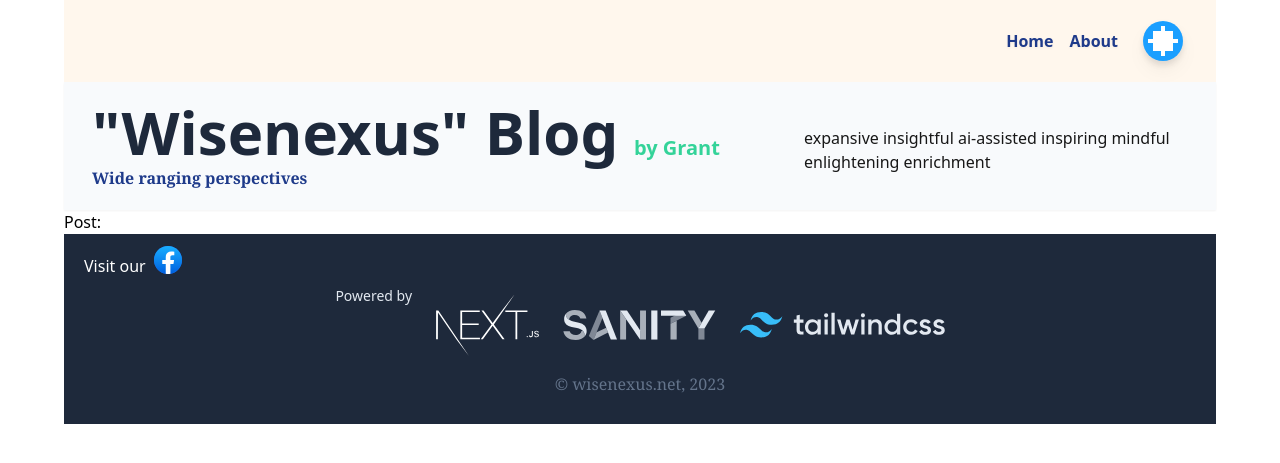
Repository: gpgundersen/sanity3-nextjs13-blog
Page: /post
The author's editor kept a copy of each file at every save. The page is drawn from the files as they stood at one save, then again after the next save.
The browser window is 1280 px wide. The pictures show the whole page.
The project was rebuilt for these pictures with package versions that can differ from the ones it lists, and the page was loaded fresh each time. The framework's server and built-in components were replaced by stand-ins that run in the browser. Also part of the build but not shown: next.config.js.

Above is the page before, as saved 2023-02-05 17:03:56.

### app/(user)/layout.tsx
import Header from "../../components/Header"
import Banner from "../../components/Banner"
import Footer from "../../components/Footer"
import "../../styles/globals.css";

export default function RootLayout({
  children,
}: {
  children: React.ReactNode
}): JSX.Element {
  return (
    <html>
      <head />
      <body className="max-w-6xl mx-auto">
        <Header />
        <Banner />
        {children}
        <Footer />
        </body>
    </html>
  )
}

### app/(user)/post/page.tsx
import { client } from "../../../lib/sanity.client"

type Props = {
    params: {
        slug: string;
    };
};

function Post({params:
    { slug } }: Props) {
        return <div>Post: {slug}</div>;
    }


export default Post;

### components/Header.tsx
import NexusLogo from "./NexusLogo"
import Link from "next/link"

function Header() {
    return (
        <header className="flex items-center justify-end space-x-1 font-bold px-7 py-4 bg-orange-50">
            <div className="flex items-center justify-end space-x-4 mx-4 text-blue-900 drop-shadow-sm">
            <div className="hover:text-blue-500"><Link href="/">Home</Link></div>
            <div className="hover:text-blue-500"><Link href="/about/wise-phil">About</Link></div>
            </div>
            <div className="drop-shadow-lg">
               <NexusLogo />
            </div>
        </header>
    )
}

export default Header

### components/Banner.tsx
function Banner() {
    return <div className="flex items-center justify-between space-x-1 font-bold px-7 py-5 bg-slate-50 shadow-sm">
        <div >
            <h1 className="text-6xl text-slate-800">"Wisenexus" Blog <span className=" text-xl text-emerald-400">by Grant</span></h1>
            <h2 className="mt-4 md:mt-1 text-blue-900 font-serif">Wide ranging perspectives</h2>
        </div>
        <p className="mt-5 md:mt-2 max-w-sm text-neutral-900 font-thin">expansive insightful ai-assisted inspiring mindful enlightening enrichment</p>
        </div>

}

export default Banner

### components/Footer.tsx
import FbIcon from "./FbIcon"
import NextJsIcon from "./NextJsIcon"
import SanityIcon from "./SanityIcon"
import TailwindIcon from "./TailwindIcon"

function Footer() {
    return <div className="bg-slate-800 text-slate-200">
      <div className="container p-3">
        <div className="flex justify-start">
            <p className="text-white m-2 font-light">Visit our</p><FbIcon />
        </div>
        <div className="flex flex-wrap justify-center space-x-6 space-y-2">
          <p className="text-sm">Powered by</p><NextJsIcon /><SanityIcon /><TailwindIcon /></div>
       <h6 className="font-serif text-slate-500 text-center m-4">© wisenexus.net, 2023</h6>
      </div>
    </div>
}

export default Footer

### components/NexusLogo.tsx
function NexusLogo(props: any) {
    const {renderDefault, title} = props;
    return <div className="flex items-center space-x-2">
        <svg width="50" height="50" viewBox="0 0 50 50">
            <circle cx="25" cy="25" r="20" fill="#1B9FFF"/>
            <rect x="15" y="15" width="20" height="20" fill="white"/>
            <path d="M 25 10 L 25 40" stroke="white" strokeWidth="4"/>
            <path d="M 10 25 L 40 25" stroke="white" strokeWidth="4"/>
        </svg>
        {renderDefault && <>{renderDefault(props)}</>}
    </div>;
}

export default NexusLogo

### components/FbIcon.tsx
function FbIcon() {
    return <button className="bg-blue-600 rounded-full w-7 h-full">
      <a target="_blank" href="https://www.facebook.com/wise.nexus" rel="noopener noreferrer">
        <svg className="fill-white" xmlns="http://www.w3.org/2000/svg" viewBox="0 0 40 40">
          <linearGradient xmlns="http://www.w3.org/2000/svg" id="a" x1="-277.375" x2="-277.375" y1="406.6018" y2="407.5726" gradientTransform="matrix(40 0 0 -39.7778 11115.001 16212.334)" gradientUnits="userSpaceOnUse">
            <stop offset="0" stopColor="#0062e0"/>
            <stop offset="1" stopColor="#19afff"/>
          </linearGradient>
            <path xmlns="http://www.w3.org/2000/svg" fill="url(#a)" d="M16.7 39.8C7.2 38.1 0 29.9 0 20 0 9 9 0 20 0s20 9 20 20c0 9.9-7.2 18.1-16.7 19.8l-1.1-.9h-4.4l-1.1.9z"/>
            <path xmlns="http://www.w3.org/2000/svg" fill="#fff" d="m27.8 25.6.9-5.6h-5.3v-3.9c0-1.6.6-2.8 3-2.8H29V8.2c-1.4-.2-3-.4-4.4-.4-4.6 0-7.8 2.8-7.8 7.8V20h-5v5.6h5v14.1c1.1.2 2.2.3 3.3.3 1.1 0 2.2-.1 3.3-.3V25.6h4.4z"/>
        </svg>
      </a>
    </button>
}

export default FbIcon

### components/NextJsIcon.tsx
function NextJsIcon() {
    return <button className="">
        <a target="_blank" href="https://nextjs.org/" rel="noopener noreferrer">
            <svg xmlns="http://www.w3.org/2000/svg" width="103px" height="62px" viewBox="0 0 207 124" fill="white">
            <path d="M48.9421964,32.6320058 L87.9011585,32.6320058 L87.9011585,35.7136421 L52.5134345,35.7136421 L52.5134345,58.9070103 L85.7908813,58.9070103 L85.7908813,61.9886466 L52.5134345,61.9886466 L52.5134345,87.4526941 L88.306981,87.4526941 L88.306981,90.5343303 L48.9421964,90.5343303 L48.9421964,32.6320058 Z M91.3912326,32.6320058 L95.5306221,32.6320058 L113.8738,58.0960534 L132.622801,32.6320058 L158.124498,0.286809811 L116.22757,60.7722112 L137.817329,90.5343303 L133.51561,90.5343303 L113.8738,63.4483691 L94.1508254,90.5343303 L89.9302715,90.5343303 L111.682358,60.7722112 L91.3912326,32.6320058 Z M139.359455,35.713642 L139.359455,32.6320058 L183.756439,32.6320058 L183.756439,35.7136421 L163.302983,35.7136421 L163.302983,90.5343303 L159.731745,90.5343303 L159.731745,35.7136421 L139.359455,35.713642 Z"/>
            <polygon points="0.202923647 32.6320058 4.66697141 32.6320058 66.2235778 124.303087 40.785176 90.5343303 3.93649086 37.0111732 3.77416185 90.5343303 0.202923647 90.5343303"/>
            <path d="M183.396622,86.5227221 C184.134938,86.5227221 184.673474,85.9601075 184.673474,85.233037 C184.673474,84.5059658 184.134938,83.9433513 183.396622,83.9433513 C182.666993,83.9433513 182.11977,84.5059658 182.11977,85.233037 C182.11977,85.9601075 182.666993,86.5227221 183.396622,86.5227221 Z M186.905793,83.1297235 C186.905793,85.2763149 188.460599,86.678523 190.727662,86.678523 C193.142388,86.678523 194.601647,85.233037 194.601647,82.7229099 L194.601647,73.8855335 L192.655968,73.8855335 L192.655968,82.7142542 C192.655968,84.1078073 191.952397,84.8521899 190.710289,84.8521899 C189.598473,84.8521899 188.842785,84.1597409 188.816727,83.1297235 L186.905793,83.1297235 Z M197.146664,83.0172011 C197.285642,85.2503478 199.153145,86.678523 201.932686,86.678523 C204.903321,86.678523 206.762139,85.1811034 206.762139,82.792155 C206.762139,80.9138876 205.702439,79.8752151 203.131364,79.2779777 L201.750279,78.9404092 C200.117298,78.5595622 199.457158,78.0488813 199.457158,77.1573541 C199.457158,76.0321243 200.482113,75.296398 202.019547,75.296398 C203.478806,75.296398 204.48639,76.0148135 204.668797,77.1660091 L206.562359,77.1660091 C206.44944,75.0626962 204.590622,73.5825873 202.045605,73.5825873 C199.309495,73.5825873 197.48542,75.0626962 197.48542,77.2871878 C197.48542,79.1221767 198.519063,80.2127835 200.786126,80.7407758 L202.401734,81.1302779 C204.060773,81.5197807 204.790402,82.091051 204.790402,83.0431676 C204.790402,84.1510859 203.643842,84.9560573 202.08035,84.9560573 C200.403939,84.9560573 199.240006,84.2030196 199.074971,83.0172011 L197.146664,83.0172011 Z"/>
            </svg>
        </a>
    </button>
}

export default NextJsIcon

### components/SanityIcon.tsx
function SanityIcon () {
    return <button className="">
        <a target="_blank" href="https://www.sanity.io/" rel="noopener noreferrer">
        <svg viewBox="0 0 105 22" fill="none" xmlns="http://www.w3.org/2000/svg" height="2em">
            <path opacity="0.7" d="M78.1793 7.99261V21.0028H73.9031V10.2138L78.1793 7.99261Z" fill="currentColor"></path>
            <path opacity="0.7" d="M20.9511 21.33L30.944 16.1051L29.7121 12.9141L23.1332 15.9821L20.9511 21.33Z" fill="currentColor"></path>
            <path opacity="0.5" d="M73.9031 10.2027L84.7443 4.65477L82.9126 1.5571L73.9031 5.95997V10.2027Z" fill="currentColor"></path>
            <path opacity="0.7" d="M43.3705 6.96233V21.0028H39.2927V1.00714L43.3705 6.96233Z" fill="currentColor"></path>
            <path opacity="0.5" d="M27.1299 6.18617L20.9511 21.33L17.7731 18.5943L25.1353 1.00714L27.1299 6.18617Z" fill="currentColor"></path>
            <path d="M25.1353 1.00714H29.3477L37.1386 21.0028H32.8269L25.1353 1.00714Z" fill="currentColor"></path>
            <path d="M44.0012 1.00714L52.9824 14.6682V21.0028L39.2927 1.00714H44.0012Z" fill="currentColor"></path>
            <path d="M64.9183 1.00714H60.6739V21.0063H64.9183V1.00714Z" fill="currentColor"></path>
            <path d="M73.9031 4.65474H67.37V1.00714H82.5867L84.7443 4.65474H78.1793H73.9031Z" fill="currentColor"></path>
            <path opacity="0.5" d="M97.2754 13.4153V21.0028H93.0629V13.4153" fill="currentColor"></path>
            <path d="M93.0629 13.4152L100.191 1.00714H104.666L97.2754 13.4152H93.0629Z" fill="currentColor"></path>
            <path opacity="0.7" d="M93.063 13.4152L85.7363 1.00714H90.3456L95.3092 9.51008L93.063 13.4152Z" fill="currentColor"></path>
            <path d="M1.96126 3.31479C1.96126 6.09921 3.71145 7.75595 7.21536 8.62956L10.9283 9.47533C14.2444 10.2236 16.2639 12.0822 16.2639 15.1103C16.2897 16.4295 15.8531 17.7173 15.0274 18.7579C15.0274 15.7368 13.4367 14.1044 9.59972 13.1229L5.95409 12.3085C3.03475 11.6541 0.781478 10.1262 0.781478 6.83709C0.766123 5.56693 1.18116 4.32781 1.96126 3.31479" fill="currentColor"></path>
            <path opacity="0.7" d="M52.9824 13.6415V1.00714H57.0602V21.0028H52.9824V13.6415Z" fill="currentColor"></path>
            <path opacity="0.7" d="M12.7458 14.3689C14.3294 15.3643 15.0238 16.7565 15.0238 18.7544C13.713 20.4041 11.4101 21.33 8.70333 21.33C4.14718 21.33 0.958577 19.1268 0.25 15.2982H4.62547C5.18878 17.0559 6.68034 17.8703 8.67144 17.8703C11.1019 17.8703 12.7174 16.5964 12.7493 14.3619" fill="currentColor"></path>
            <path opacity="0.7" d="M4.23567 7.44267C3.5125 7.02045 2.9192 6.41375 2.51873 5.68697C2.11827 4.96019 1.92558 4.14045 1.96113 3.31476C3.22594 1.67891 5.42608 0.679993 8.10804 0.679993C12.7492 0.679993 15.4347 3.08852 16.0972 6.47856H11.8883C11.4242 5.14203 10.2621 4.10136 8.14347 4.10136C5.87957 4.10136 4.33487 5.39611 4.24629 7.44267" fill="currentColor"></path>
        </svg>
        </a>
    </button>
}

export default SanityIcon

### components/TailwindIcon.tsx
function TailwindIcon() {
    return <button className="">
        <a target="_blank" href="https://tailwindcss.com/" rel="noopener noreferrer">
            <svg xmlns="http://www.w3.org/2000/svg" width="204.8" height="25.6" viewBox="0 0 512 64">
                <path d="M52.898 0C38.792 0 29.976 7.053 26.45 21.16c5.29-7.054 11.462-9.699 18.515-7.935 4.024 1.005 6.9 3.926 10.084 7.157 5.186 5.264 11.189 11.357 24.3 11.357 14.106 0 22.922-7.053 26.449-21.16-5.29 7.054-11.462 9.699-18.515 7.935-4.024-1.005-6.9-3.926-10.084-7.157C72.012 6.093 66.01 0 52.898 0zM26.45 31.739c-14.106 0-22.922 7.053-26.449 21.16 5.29-7.054 11.461-9.699 18.514-7.935 4.025 1.007 6.9 3.926 10.084 7.157 5.186 5.264 11.19 11.357 24.3 11.357 14.107 0 22.923-7.053 26.45-21.16-5.29 7.054-11.462 9.699-18.515 7.935-4.024-1.005-6.9-3.926-10.084-7.156-5.186-5.265-11.189-11.358-24.3-11.358z" fill="#38bdf8"/>
                <path d="M158.687 26.747h-9.231v17.868c0 4.765 3.126 4.69 9.231 4.392v7.222c-12.358 1.489-17.272-1.936-17.272-11.614V26.747h-6.85v-7.743h6.85v-10l8.04-2.382v12.382h9.232zm35.192-7.743h8.04V56.23h-8.04v-5.36c-2.83 3.945-7.222 6.328-13.03 6.328-10.124 0-18.537-8.562-18.537-19.58 0-11.093 8.413-19.58 18.538-19.58 5.807 0 10.2 2.382 13.029 6.253zM182.115 49.53c6.7 0 11.764-4.989 11.764-11.912s-5.063-11.912-11.764-11.912-11.763 4.988-11.763 11.912 5.063 11.912 11.763 11.912zm33.205-36.11c-2.83 0-5.137-2.383-5.137-5.138a5.147 5.147 0 0 1 5.137-5.137 5.147 5.147 0 0 1 5.137 5.137c0 2.755-2.308 5.138-5.137 5.138zm-4.02 42.808V19.004h8.04V56.23zm17.346 0V1.881h8.041v54.348zm60.23-37.225h8.487L285.675 56.23h-7.892l-7.743-25.09-7.817 25.09h-7.891l-11.689-37.225h8.487l7.222 25.685 7.817-25.685h7.668l7.743 25.685zm18.464-5.583c-2.83 0-5.137-2.383-5.137-5.138a5.147 5.147 0 0 1 5.137-5.137 5.147 5.147 0 0 1 5.137 5.137c0 2.755-2.308 5.138-5.137 5.138zm-4.02 42.808V19.004h8.04V56.23zm36.926-38.193c8.339 0 14.295 5.659 14.295 15.337v22.856h-8.04V34.192c0-5.658-3.277-8.636-8.34-8.636-5.285 0-9.454 3.127-9.454 10.72V56.23h-8.04V19.004h8.04v4.765c2.457-3.871 6.477-5.733 11.54-5.733zM392.66 4.114h8.04V56.23h-8.04v-5.36c-2.83 3.945-7.222 6.328-13.029 6.328-10.125 0-18.538-8.562-18.538-19.58 0-11.093 8.413-19.58 18.538-19.58 5.807 0 10.2 2.382 13.029 6.253zM380.896 49.53c6.7 0 11.763-4.989 11.763-11.912s-5.063-11.912-11.763-11.912-11.763 4.988-11.763 11.912 5.062 11.912 11.763 11.912zm46.754 7.668c-11.242 0-19.654-8.562-19.654-19.58 0-11.093 8.412-19.58 19.654-19.58 7.296 0 13.625 3.796 16.603 9.603l-6.924 4.02c-1.638-3.498-5.286-5.732-9.753-5.732-6.552 0-11.54 4.988-11.54 11.689s4.988 11.688 11.54 11.688c4.467 0 8.115-2.308 9.902-5.732l6.923 3.945c-3.126 5.882-9.455 9.679-16.75 9.679zm30.003-27.919c0 6.775 20.027 2.68 20.027 16.454 0 7.445-6.477 11.465-14.517 11.465-7.445 0-12.806-3.35-15.188-8.71l6.924-4.021c1.191 3.35 4.169 5.36 8.264 5.36 3.573 0 6.328-1.19 6.328-4.169 0-6.626-20.027-2.903-20.027-16.23 0-6.998 6.03-11.39 13.624-11.39 6.105 0 11.168 2.828 13.773 7.742l-6.774 3.797c-1.34-2.903-3.946-4.244-6.999-4.244-2.903 0-5.435 1.266-5.435 3.946zm34.322 0c0 6.775 20.027 2.68 20.027 16.454 0 7.445-6.477 11.465-14.518 11.465-7.445 0-12.805-3.35-15.188-8.71l6.924-4.021c1.191 3.35 4.17 5.36 8.264 5.36 3.574 0 6.328-1.19 6.328-4.169 0-6.626-20.027-2.903-20.027-16.23 0-6.998 6.03-11.39 13.625-11.39 6.104 0 11.167 2.828 13.773 7.742l-6.775 3.797c-1.34-2.903-3.946-4.244-6.998-4.244-2.904 0-5.435 1.266-5.435 3.946z" fill="currentColor"/>
            </svg>
        </a>
    </button>
}

export default TailwindIcon

Loaded but not shown: styles/globals.css (common file); tailwind.config.js (common file)

After the next save:
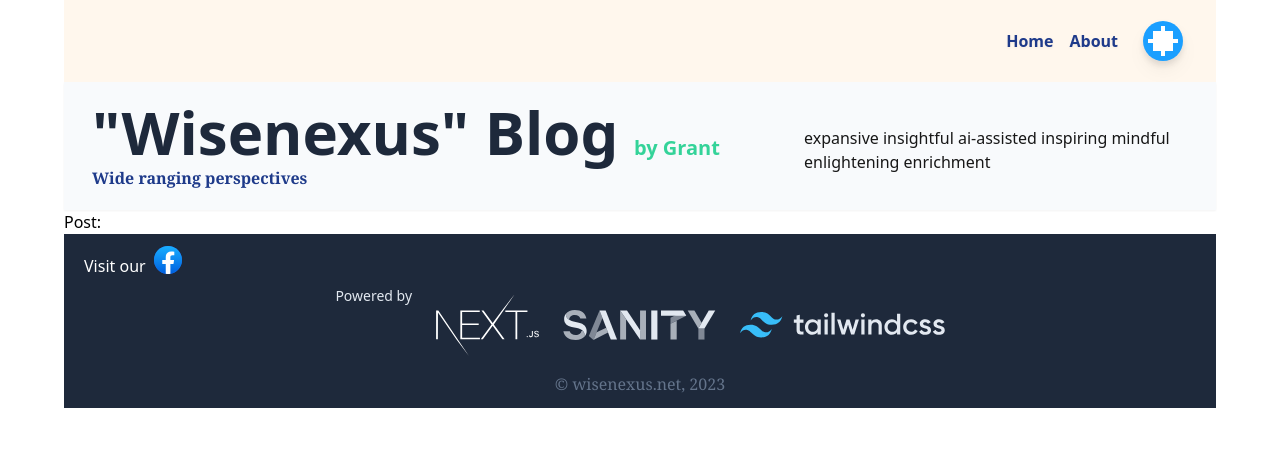
Saved 11 s later.
--- a/components/Footer.tsx
+++ b/components/Footer.tsx
@@ -11,7 +11,7 @@
         </div>
         <div className="flex flex-wrap justify-center space-x-6 space-y-2">
           <p className="text-sm">Powered by</p><NextJsIcon /><SanityIcon /><TailwindIcon /></div>
-       <h6 className="font-serif text-slate-500 text-center m-4">© wisenexus.net, 2023</h6>
+       <h6 className="font-serif text-slate-500 text-center mt-4">© wisenexus.net, 2023</h6>
       </div>
     </div>
 }
